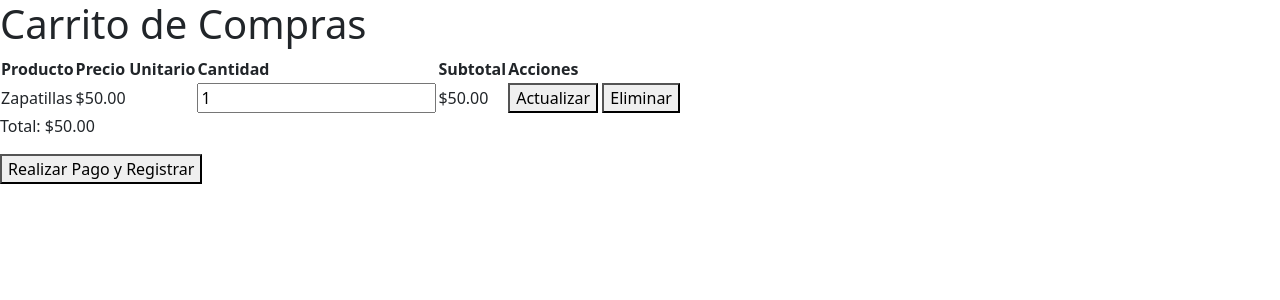
Repository: JorbyB/CL1DAW
Page: http://localhost/Carrito
These files come from the project's save history. The page is drawn as it stood at one moment and after the next save; the edit follows.
The browser window is 1280 px wide. The pictures show the whole page.
The page is this project's Thymeleaf template; nobody is signed in. The template is opened directly, without the code that normally fills it, so the values that code supplies are empty.

Above is the page before, as saved 2023-09-28 03:19:33.

After the next save:
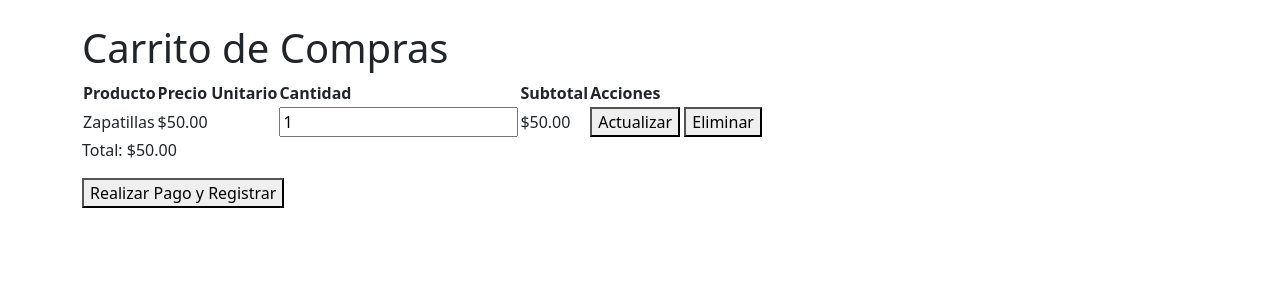
Saved 36 s later.
--- a/ExamenCl1/src/main/resources/templates/Carrito.html
+++ b/ExamenCl1/src/main/resources/templates/Carrito.html
@@ -5,6 +5,7 @@
 		<link href="https://cdn.jsdelivr.net/npm/bootstrap@5.3.2/dist/css/bootstrap.min.css" rel="stylesheet" integrity="sha384-T3c6CoIi6uLrA9TneNEoa7RxnatzjcDSCmG1MXxSR1GAsXEV/Dwwykc2MPK8M2HN" crossorigin="anonymous">
 	</head>
 <body>
+	<div class="container mt-4">
     <h1>Carrito de Compras</h1>
 
     <table>
@@ -40,6 +41,7 @@
     </div>
 
     <button class="realizar-pago">Realizar Pago y Registrar</button>
+</div>
 
 </body>
 </html>
